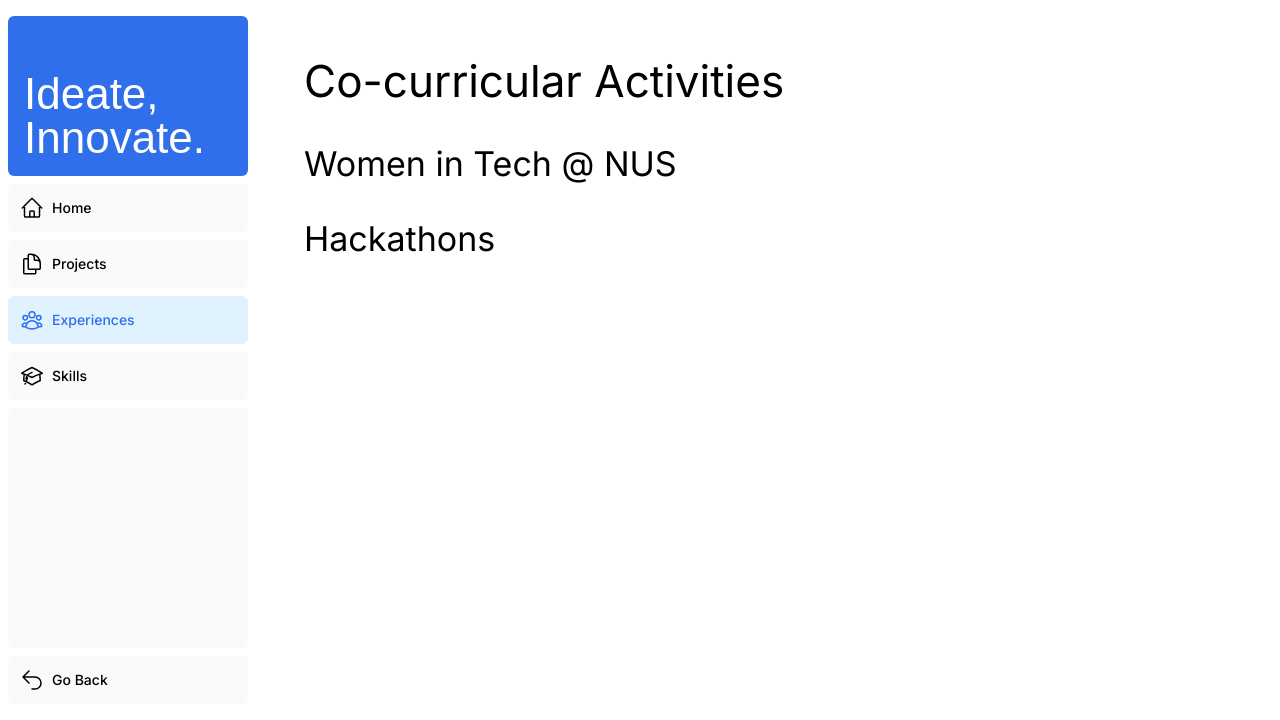
Repository: ThatGirlJam/jaime-portfolio
Page: /dashboard/experiences
These files come from the project's save history. The page is drawn as it stood at one moment and after the next save; the edit follows.
The browser window is 1280 px wide. The pictures show the whole page.
An inner scrolling area shows only its first screen. Some web fonts or font styles are not loaded; a fallback is used. The project was rebuilt for these pictures with package versions that can differ from the ones it lists, and the page was loaded fresh each time. The framework's server and built-in components were replaced by stand-ins that run in the browser. Also part of the build but not shown: next.config.js.

Above is the page before, as saved 2024-04-09 23:37:12.

After the next save:
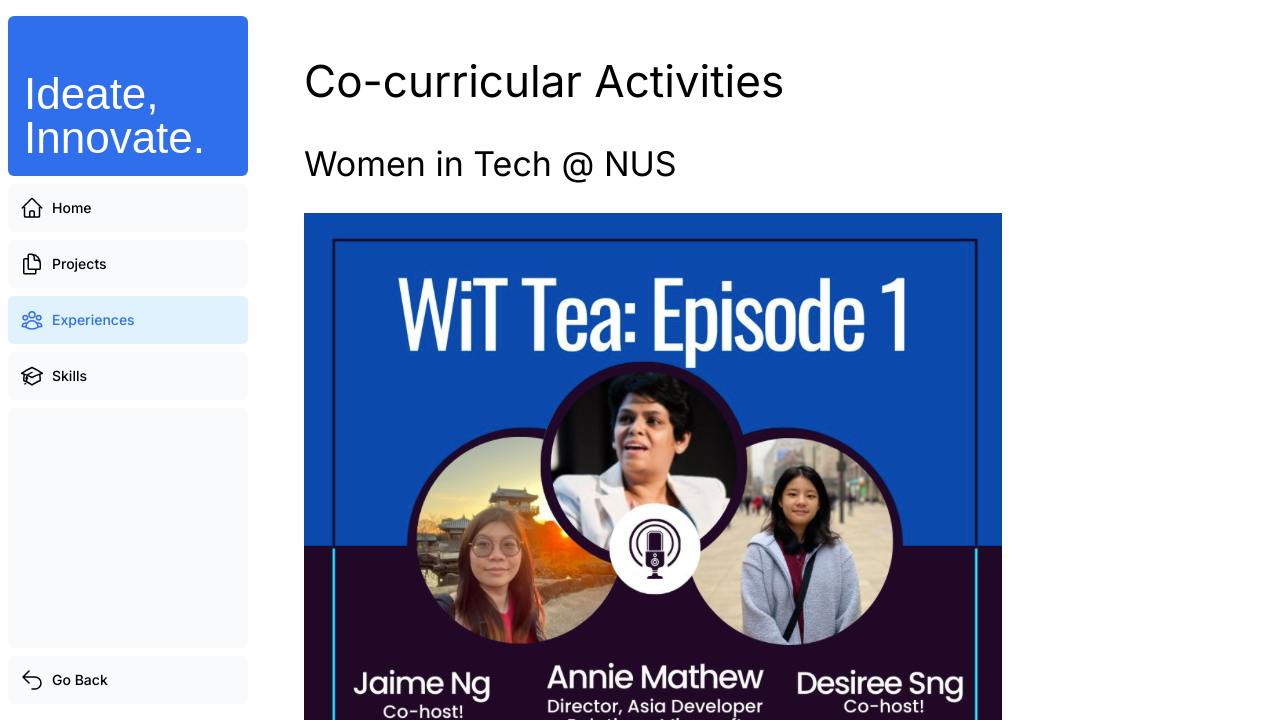
Saved 15 min 13 s later.
--- a/app/dashboard/experiences/page.tsx
+++ b/app/dashboard/experiences/page.tsx
@@ -1,3 +1,5 @@
+import Image from "next/image";
+
 export default function Page() {
   return (
   <div>
@@ -6,6 +8,15 @@
     <p className="text-[34px]"> Women in Tech @ NUS </p>
     <br />
 
+    <Image
+            src="/wit-podcast.png"
+            width={698}
+            height={698}
+            //className="hidden md:block"
+            //style={imageStyle}
+            alt="Screenshots of podcast poster"
+          />
+
     <p className="text-[34px]"> Hackathons </p>
      <br />
   </div>
